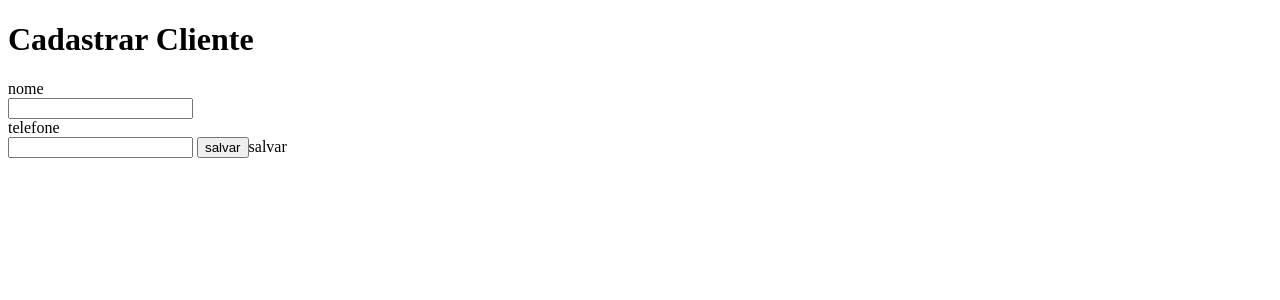
Repository: felipepalma14/Divus
Page: academiaweb/WebContent/cadastrarcliente.html
The author's editor kept a copy of each file at every save. The page is drawn from the files as they stood at one save, then again after the next save.
The browser window is 1280 px wide. The pictures show the whole page.

Above is the page before, as saved 2015-08-01 14:44:31.

### academiaweb/WebContent/cadastrarcliente.html
<!DOCTYPE html>
<html>

<head>
<meta charset="UTF-8">
<title>Cadastrar Cliente</title>
</head>

<body>
	<h1>Cadastrar Cliente</h1>
	<form action="" method="GET">
		<label>nome</label><br>
		<input type="text" name = "nome"><br>
		<label>telefone</label><br>
		<input type="text">
		<input type="submit" value="salvar">salvar</button>
	</form>

</body>
</html>

After the next save:
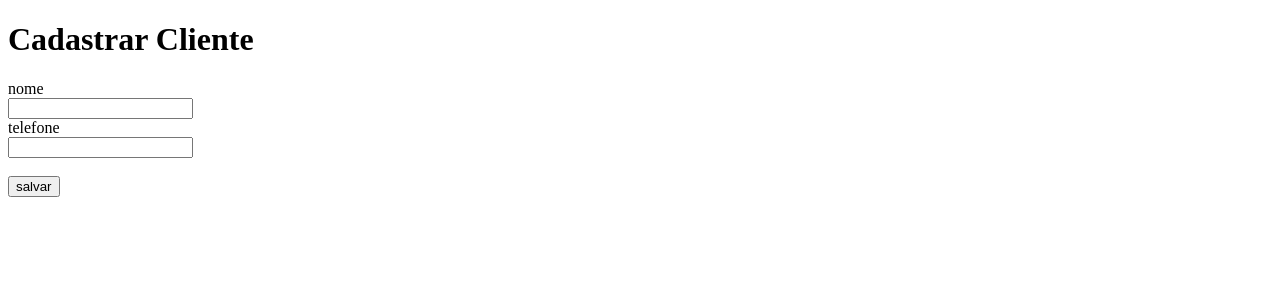
Saved 27 s later.
--- a/academiaweb/WebContent/cadastrarcliente.html
+++ b/academiaweb/WebContent/cadastrarcliente.html
@@ -12,8 +12,8 @@
 		<label>nome</label><br>
 		<input type="text" name = "nome"><br>
 		<label>telefone</label><br>
-		<input type="text">
-		<input type="submit" value="salvar">salvar</button>
+		<input type="text"><br><br>
+		<input type="submit" value="salvar">
 	</form>
 
 </body>
